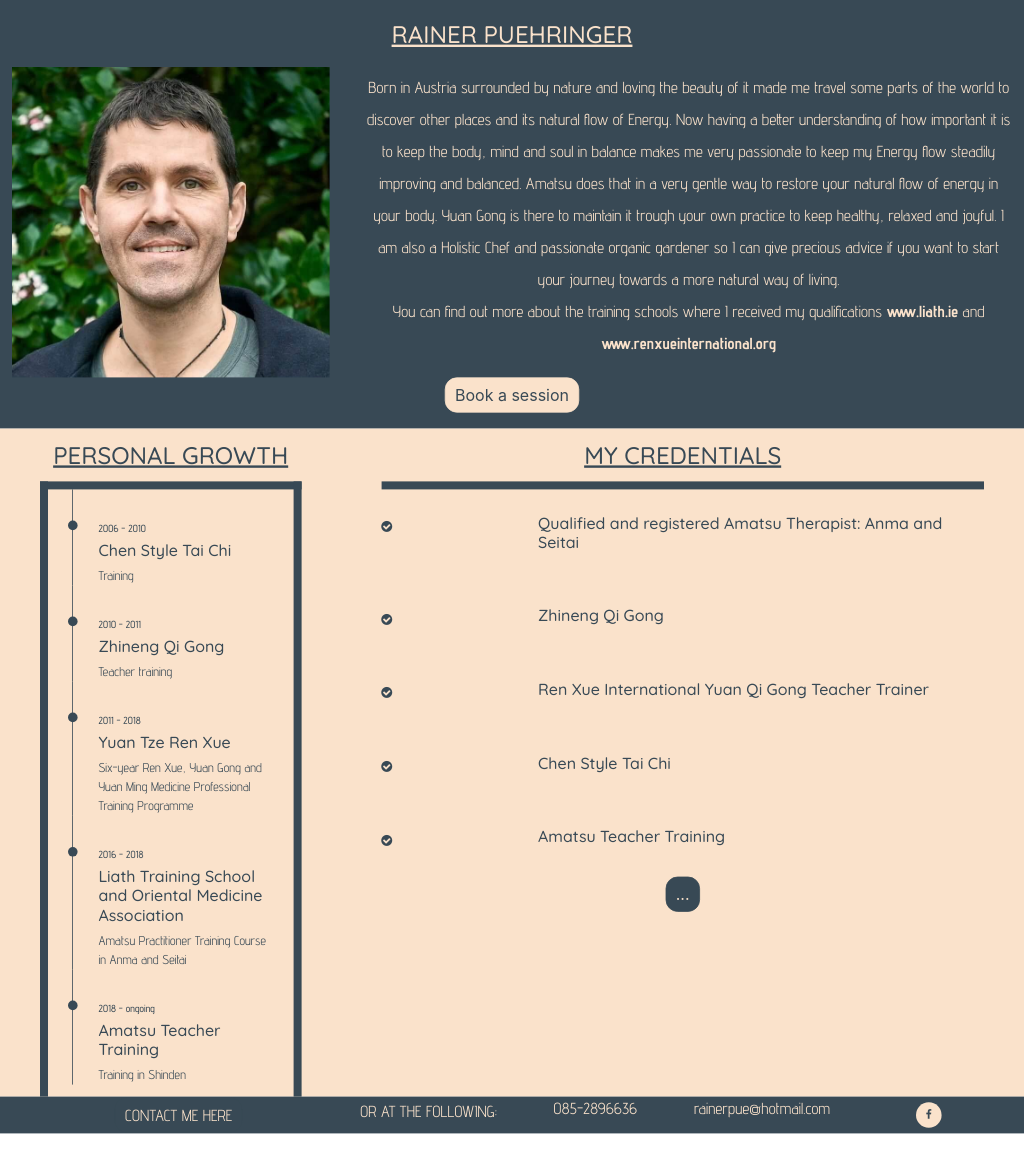
Repository: rainerpue/practitioner_website
Page: about.html
The author's editor kept a record of every edit. The page is drawn from the files as they stood at one moment, then again after the next edit.
The browser window is 1280 px wide. The pictures show the part of the page from y = 216 to 1653 px (the page is 1653 px tall), at 80% of full size.
Some web libraries are served in a nearby version.

Above is the page before.

After the next edit:
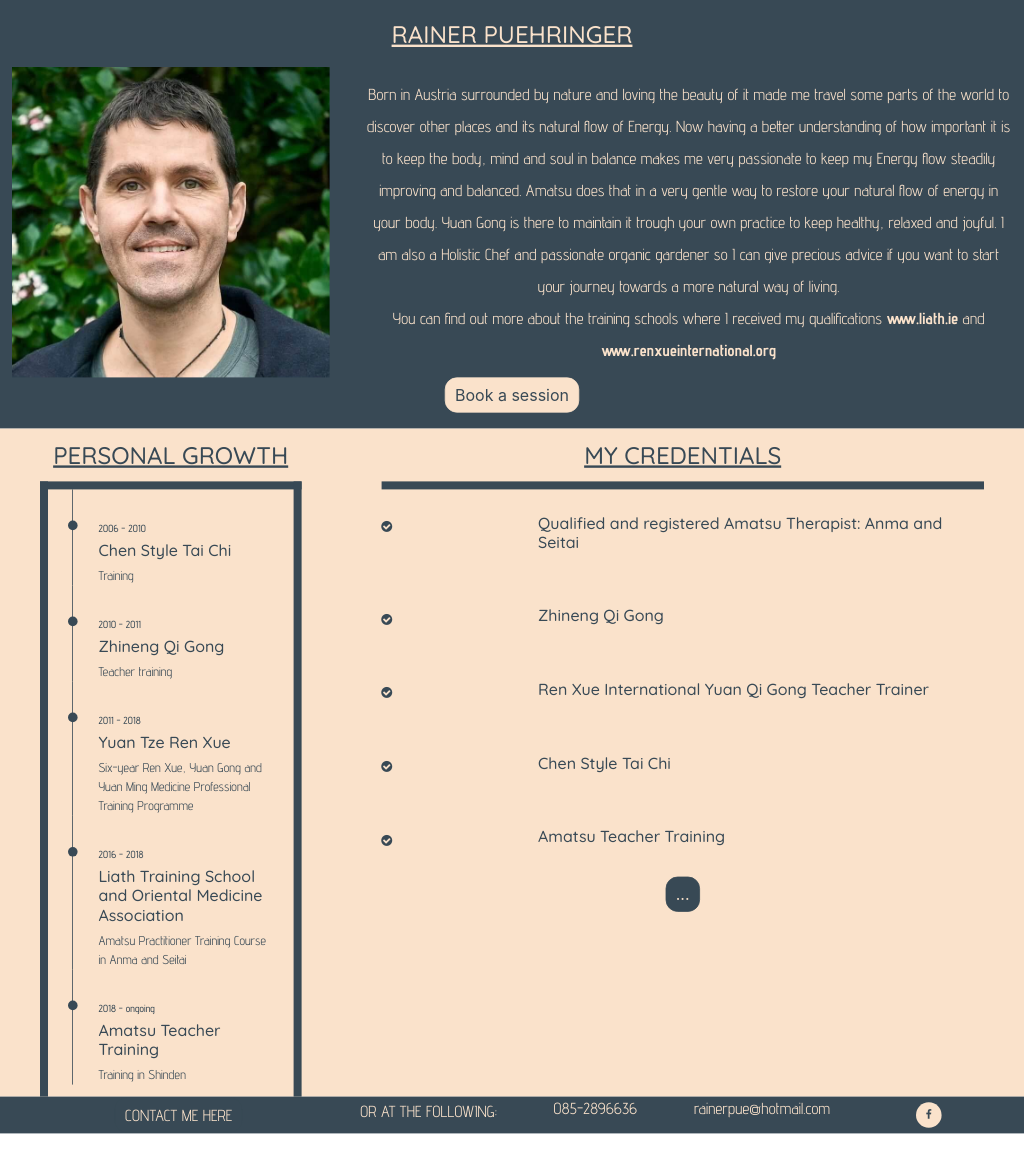
The edit:
--- a/about.html
+++ b/about.html
@@ -72,7 +72,7 @@
                     <h3 class="text-uppercase">RAINER PUEHRINGER</h3>
                 </div>
             </div>
-            <div class="row about-details">
+            <div class="row section-details">
                 <div class="col-12 col-md-4 text-center">
                     <img class="sm-img" src="assets/images/Rainer.jpeg" width="100%" height="auto" alt="Rainer Puehringer">
                 </div>
